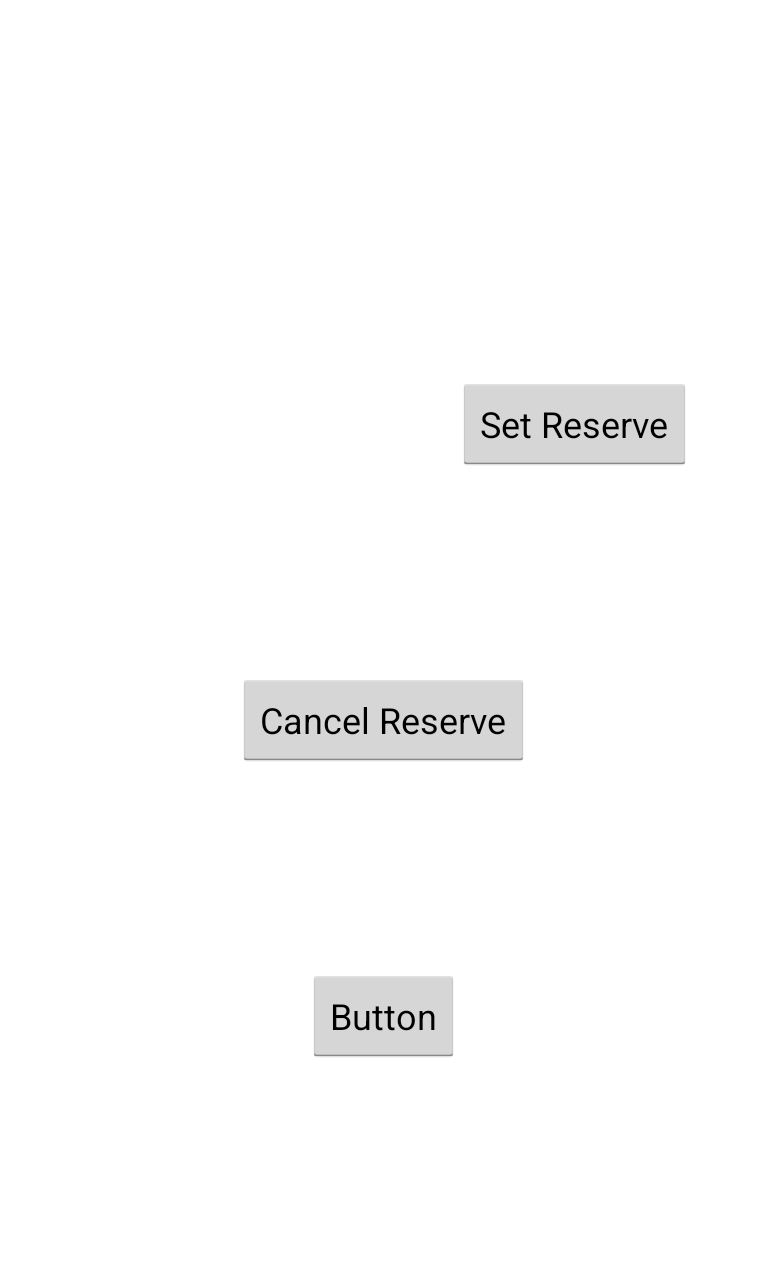
Repository: ankitC/taskmon
Layout: taskmon/res/layout/activity_main.xml
An editor plug-in stored every save of this project. The layout is shown before and after the next save, followed by the edit.
It is drawn on a 768 x 1280 px phone screen (xhdpi) without system bars, with theme AppTheme; the app's code is not run.

Above is the layout before, as saved 2013-10-09 01:18:50.

After the next save:
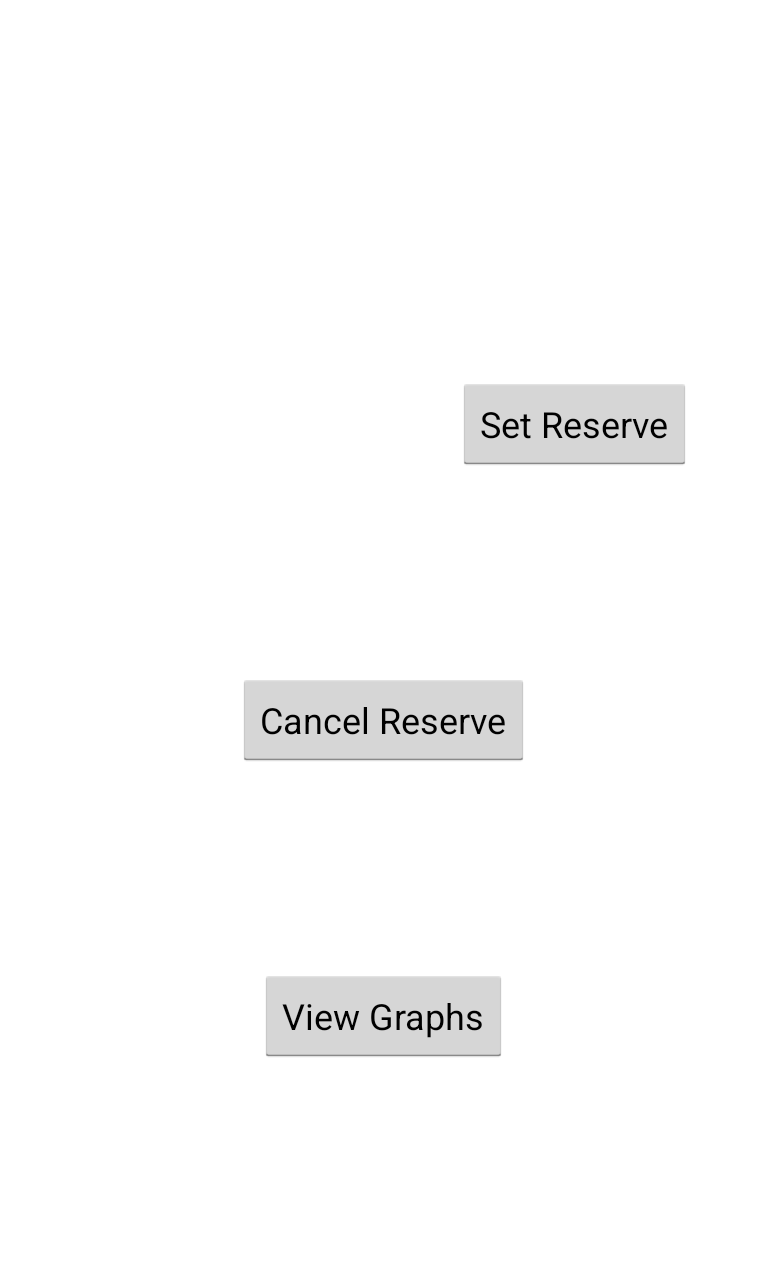
Saved 5 s later.
--- a/taskmon/res/layout/activity_main.xml
+++ b/taskmon/res/layout/activity_main.xml
@@ -34,6 +34,6 @@
         android:layout_below="@+id/cancelReserveButton"
         android:layout_centerHorizontal="true"
         android:layout_marginTop="100dp"
-        android:text="Button" />
+        android:text="@string/viewGraphs" />
 
 </RelativeLayout>
